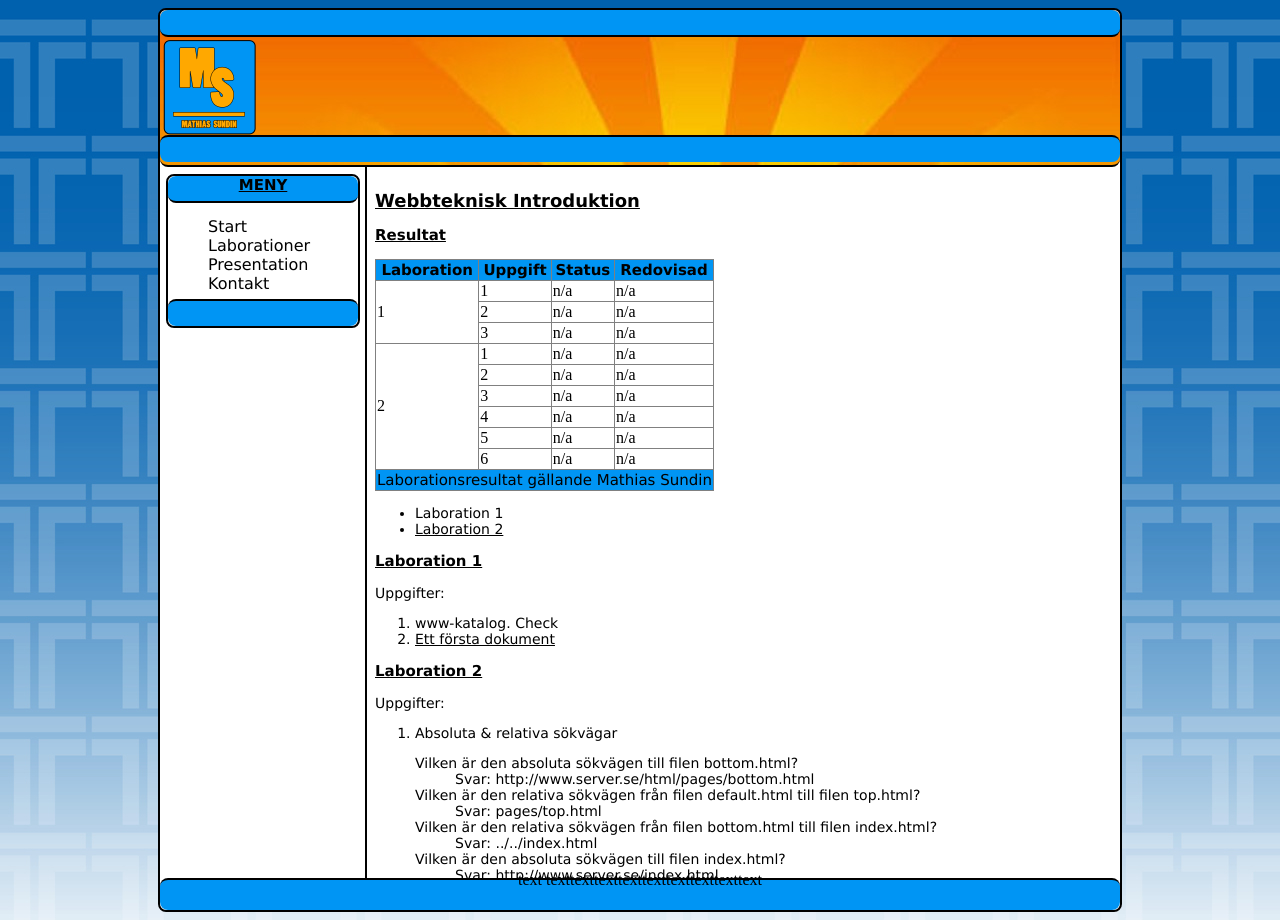
Repository: ms223uh/1ik415-laborationer
Page: www/pages/laborationer.html
The author's editor kept a record of every edit. The page is drawn from the files as they stood at one moment, then again after the next edit.
The browser window is 1280 px wide. The pictures show the whole page.
An inner scrolling area shows only its first screen.

Above is the page before.

### www/pages/laborationer.html
<!DOCTYPE html>

<html lang="sv">

    <head>
        <meta http-equiv="content-type" content="text/html; charset=utf-8" />

    <link rel="stylesheet" href="../css/style.css">

        <title>Mathias Sundin</title>
    </head>
    <body>
    <!--Startsida-->

    <div id="wrapper">


    <div id="head">

    <div id="head2"></div>

            <img src="../pics/logo1.png" width="100" height="100" alt="Logo">


            <div id="footer3"></div>

        </div>




<div id="meny">

<div id="head3"><h3>MENY</h3></div>
        <ul id="menyli">
            <li><a href="../index.html">Start</a></li>
            <li><a href="laborationer.html">Laborationer</a></li>
            <li><a href="presentation.html">Presentation</a></li>
            <li><a href="kontakt.html">Kontakt</a></li>

        </ul>



        <div id="footer2"> </div>

</div>

        <div id="content">

    <h2>Webbteknisk Introduktion</h2>
       <h3>Resultat</h3>

       <table border="1">
           <thead>
               <tr>
                   <th>Laboration</th>
                   <th>Uppgift</th>
                   <th>Status</th>
                   <th>Redovisad</th>
               </tr>
           </thead>


           <tfoot>
               <tr>
                   <td colspan="4">
                       Laborationsresultat gällande Mathias Sundin
                   </td>

               </tr>

           </tfoot>

           <tbody>
               <tr>
                   <td rowspan="3">1</td>
                   <td>1</td>
                   <td>n/a</td>
                   <td>n/a</td>
               </tr>
               <tr>

                   <td>2</td>
                   <td>n/a</td>
                   <td>n/a</td>
                   </tr>
                   <tr>
                   <td>3</td>
                   <td>n/a</td>
                   <td>n/a</td>
               </tr>
               <tr>
                   <td rowspan="6">2</td>
                   <td>1</td>
                   <td>n/a</td>
                   <td>n/a</td>
                   <tr>
                   <td>2</td>
                   <td>n/a</td>
                   <td>n/a</td>
                   </tr>
                   <tr>
                   <td>3</td>
                   <td>n/a</td>
                   <td>n/a</td>
                   </tr>
                   <tr>
                   <td>4</td>
                   <td>n/a</td>
                   <td>n/a</td>
                   </tr>
                   <tr>
                   <td>5</td>
                   <td>n/a</td>
                   <td>n/a</td>
                   </tr>
                   <tr>
                   <td>6</td>
                   <td>n/a</td>
                   <td>n/a</td>
                   </tr>
               </tr>
           </tbody>



       </table>



        <ul>
        <li>Laboration 1</li>
        <a href="#labb2"><li>Laboration 2</li></a>
        </ul>

        <h3>Laboration 1</h3>
        <p>Uppgifter:</p>
        <ol>
            <li> www-katalog. Check</li>
            <li> <a href="presentation.html">Ett första dokument</a></li>
        </ol>

        <a name="labb2"><h3>Laboration 2</h3></a>
        <p>Uppgifter:</p>
        <ol>
            <li>Absoluta & relativa sökvägar</li>
            <dl>
                <dt>Vilken är den absoluta sökvägen till filen bottom.html?</dt>
                    <dd>Svar: http://www.server.se/html/pages/bottom.html</dd>
                <dt>Vilken är den relativa sökvägen från filen default.html till filen top.html?</dt>
                    <dd>Svar: pages/top.html</dd>
                <dt>Vilken är den relativa sökvägen från filen bottom.html till filen index.html?</dt>
                    <dd>Svar: ../../index.html</dd>
                <dt>Vilken är den absoluta sökvägen till filen index.html?</dt>
                    <dd>Svar: http://www.server.se/index.html</dd>
                <dt>Vilken är den relativa sökvägen från filen top.html till bottom.html?</dt>
                    <dd>Svar: bottom.html</dd>
                <dt>Vilken är den relativa sökvägen från filen index.html till top.html?</dt>
                    <dd>Svar: html/pages/top.html</dd>
            </dl>

            <li>Länkar & listor</li>
            <li><a href="../pics/logo1.png">Bilder</a></li>
            <li><a href="../index.html#svg">SVG-Taggen</a></li>
            <a href="../index.html#video1"><li>Video</li></a>


        </ol>



               </div>

    <div id="footer">

        text texttexttexttexttexttexttexttexttext

    </div>


        </div>


    </body>
</html>

### www/css/style.css

/* Layout */

body
{
    background: url(pics/backgroundimage2.jpeg) no-repeat;
}


#wrapper
{
    background-color: #ffffff;
    width: 960px;
    height: 900px;
    margin-right: auto;
    margin-left: auto;
    border: solid 2px #000000;
    border-radius: 8px;

}




#head
{
    width: 958;
    height: 155px;
    background-color: #FFFFFF;
    border-radius: 8px;
    border-bottom: solid 2px #000000;
    margin-top: 0px;
    background: url(pics/backgroundimage8.jpeg) no-repeat;


}


#head2
{
    width: auto;
    height: 25px;
    background-color: #0095F4;
    border-bottom: solid 2px #000000;
    text-align: center;
    border-radius: 8px;
    margin-top: 0px;
}


#head3
{
    width: auto;
    height: 25px;
    background-color: #0095F4;
    border-bottom: solid 2px #000000;
    text-align: center;
    border-radius: 8px;
    margin-top: -15px;
}




#content
{
    height: 695px;
    background-color: #ffffff;
    margin-left: 205px;
    margin-top: 0px;
    padding: 8px;
    overflow: auto;
    border-left: solid 2px #000000;
}




#meny
{
    width: 190px;
    height: 150px;
    background-color: #FFFFFF;
    border: solid 2px #000000;
    float: left;
    margin-top: 7px;
    margin-left: 6px;
    border-radius: 8px;

}


#menyli a:link { text-decoration: none; color: #000000; font-family: verdana; font-size: 16px;}
#menyli a:visited { text-decoration: none; color: #000000; font-family: verdana; font-size: 16px; }
#menyli a:active { text-decoration: none; color: #000000; font-family: verdana; font-size: 16px; }
#menyli li a:hover { text-decoration: none; color: #FFFFFF; font-family: verdana; font-size: 16px; background: #0095F4; }


#menyli li {
list-style: none;
}




#footer
{
    background-color: #0095F4;
    width: auto;
    height: 30px;
    border-radius: 8px;
    border-top: solid 2px #000000;
    text-align: center;
    vertical-align: middle;
    line-height: 0px;
    margin-top: 0px;

}


#footer2
{
    width: auto;
    height: 25px;
    background-color: #0095F4;
    border-top: solid 2px #000000;
    text-align: center;
    border-radius: 8px;
    margin-top: -8px;
}


#footer3
{
    width: auto;
    height: 25px;
    background-color: #0095F4;
    border-top: solid 2px #000000;
    text-align: center;
    border-radius: 8px;
    margin-top: -6px;
}



/* Typografi */


p
{
    font-family: Verdana; font-size: 14px; color: #000000;
    white-space: pre-line;
}

h2
{
    font-family: Verdana; font-size: 18px; color: #000000; text-decoration: bold; text-decoration: underline;
}

h3
{
   font-family: Verdana; font-size: 15px; color: #000000; text-decoration: bold; text-decoration: underline;
}


h9
{
   font-family: Verdana; font-size: 35px; color: #000000; text-decoration: bold;
   text-align: center;
}

h10
{
   font-family: Verdana; font-size: 15px; color: #5D5F60; text-decoration: bold;
text-align: center;

}


ol
{
    font-family: Verdana; font-size: 14px; color: #000000;

}

ul
{
font-family: Verdana; font-size: 14px; color: #000000;

}

a:link { text-decoration: underline; color: #000000; font-family: verdana; font-size: 14px;}
a:visited { text-decoration: none; color: #000000; font-family: verdana; font-size: 14px; }
a:active { text-decoration: none; color: #000000; font-family: verdana; font-size: 14px; }
a:hover { text-decoration: none; color: #CCCCCC; font-family: verdana; font-size: 14px; }





thead
{
    background-color: #0095F4;
     color: #000000; font-family: verdana; font-size: 15px;
}

tfoot
{
    background-color: #0095F4;
     color: #000000; font-family: verdana; font-size: 15px;
}

table {
  border-collapse: collapse;

}


.active
{
    text-decoration: none; color: #FFFFFF; font-family: verdana; font-size: 16px; background: #FFA800
}

.right
{
    float: right;

}


.left
{
    float: left;

}

After the next edit:
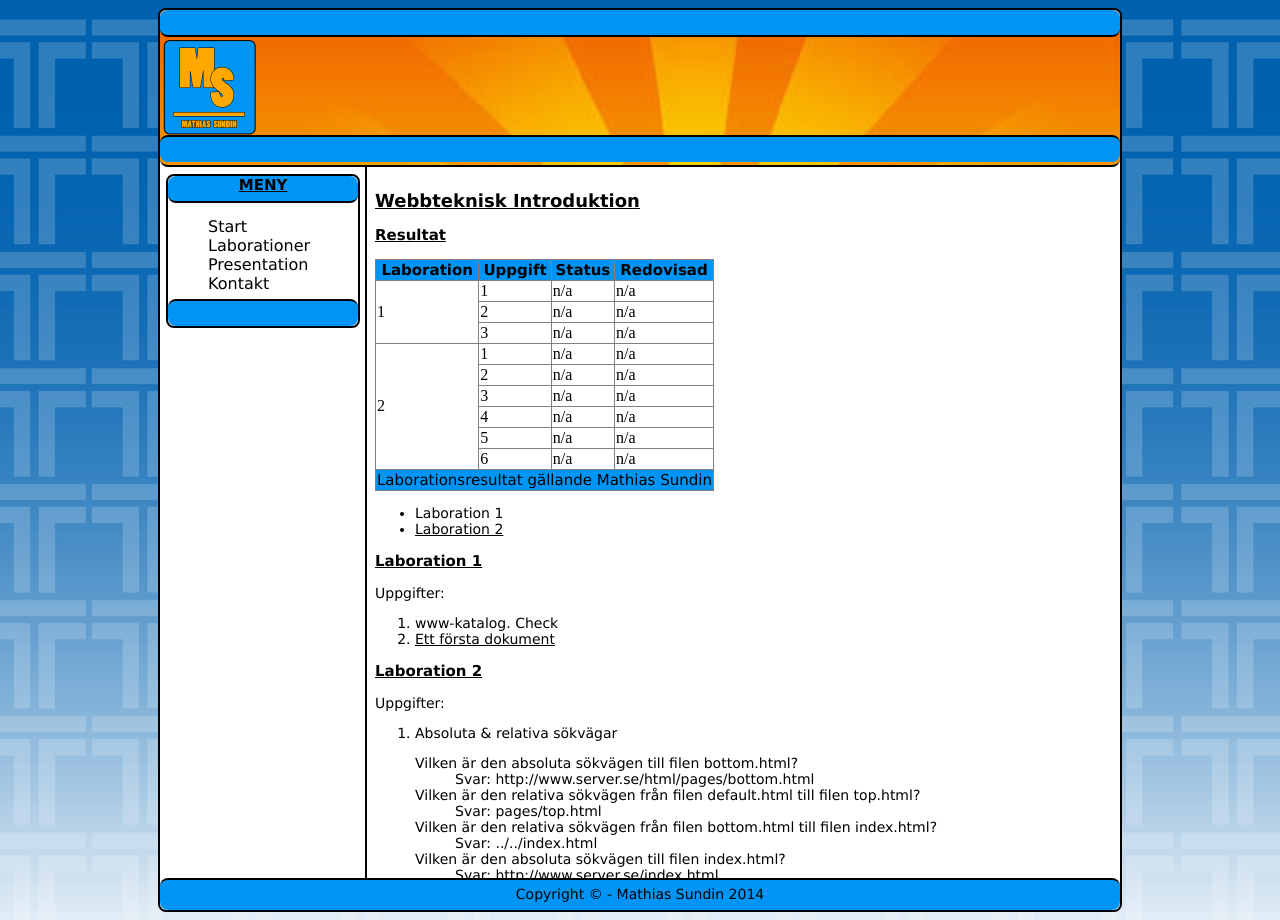
The edit:
--- a/www/pages/laborationer.html
+++ b/www/pages/laborationer.html
@@ -174,7 +174,7 @@
 
     <div id="footer">
 
-        text texttexttexttexttexttexttexttexttext
+        <p>Copyright © - Mathias Sundin 2014</p>
 
     </div>
 
